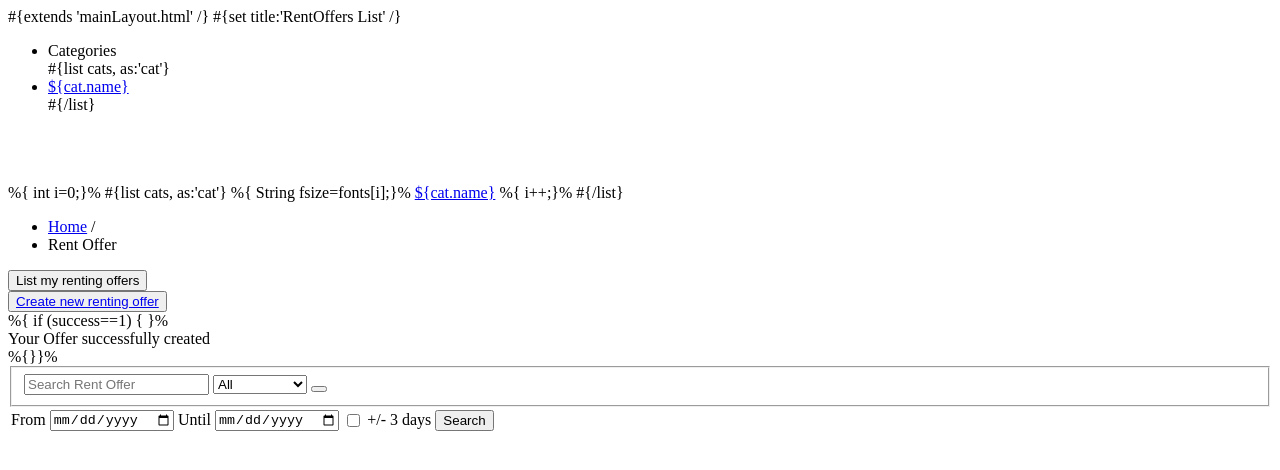
Repository: Maalejm/SEBA
Page: SlifeWebSite/app/views/RentOffers/index.html
These files come from the project's save history. The page is drawn as it stood at one moment and after the next save; the edit follows.
The browser window is 1280 px wide. The pictures show the whole page.

Above is the page before, as saved 2013-07-10 01:27:37.
Console error: SyntaxError: Invalid or unexpected token

After the next save:
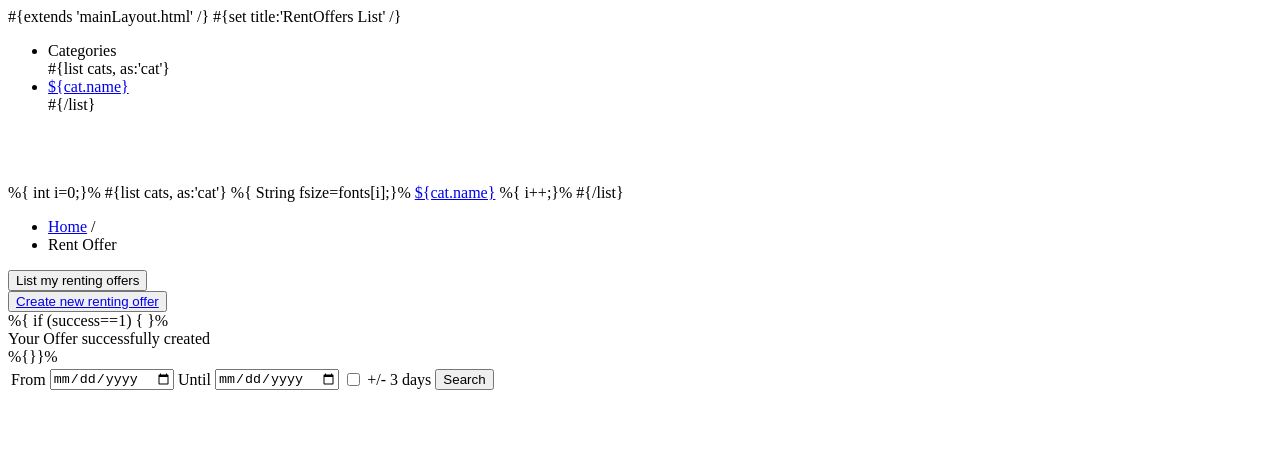
Saved 102 s later.
--- a/SlifeWebSite/app/views/RentOffers/index.html
+++ b/SlifeWebSite/app/views/RentOffers/index.html
@@ -62,7 +62,7 @@
                     %{}}%
                     <div class="span10 searchForm">
 
-                            <fieldset>
+                      <!--       <fieldset>
 
                                 <input name="search" class="span7" type="text" id="search"  placeholder="Search Rent Offer" >
                                     <select id="category" class="span3">
@@ -74,7 +74,7 @@
                                     </select>
 
                                     <button type="submit" class="btn btn-primary"> <i class="icon-search icon-white"></i></button>
-                           </fieldset>
+                           </fieldset> -->
                       		<table  class="rentoffers-serach-form">
        							 <tr>
          						   <td>From</td>
